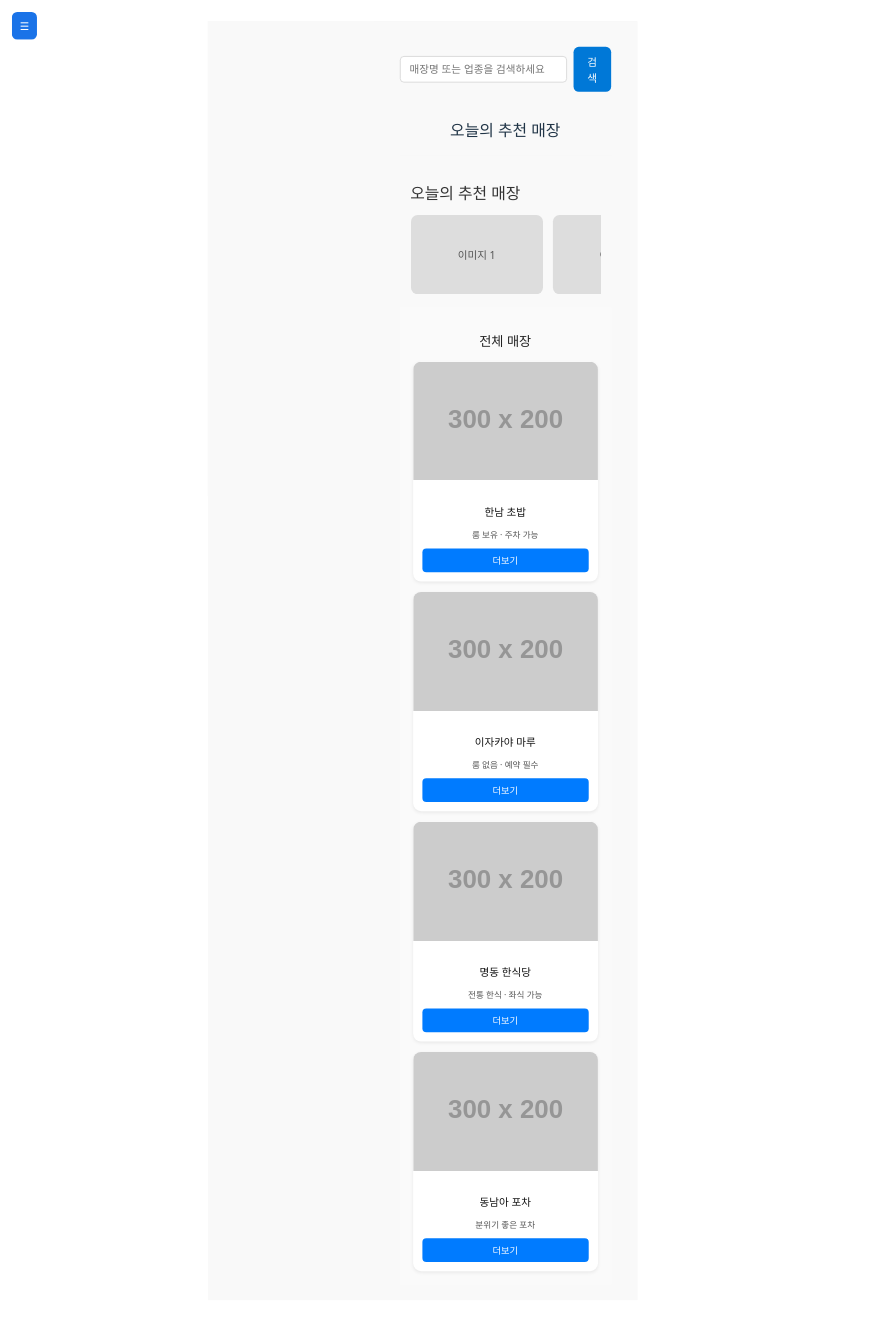
Repository: noiredex/Choplan-API
Page: / (app in choplan/frontend_main/)
An editor plug-in stored every save of this project. The page is shown before and after the next save, followed by the edit.
The browser window is 1280 px wide. The page is 1280 px wide, then 1344 px, so the pictures cover 1344 px, including what lies to the right of the window. The pictures show the whole page, at 66% of full size.
The project was rebuilt for these pictures with package versions that can differ from the ones it lists, and the page was loaded fresh each time. Also part of the build but not shown: choplan/frontend_main/vite.config.js, choplan/frontend_main/vite.config.ts, choplan/frontend_main/src/styles/StoreDetailPage.css, choplan/frontend_main/src/pages/StoreDetailPage.jsx.

Above is the page before, as saved 2025-10-22 14:14:21.

After the next save:
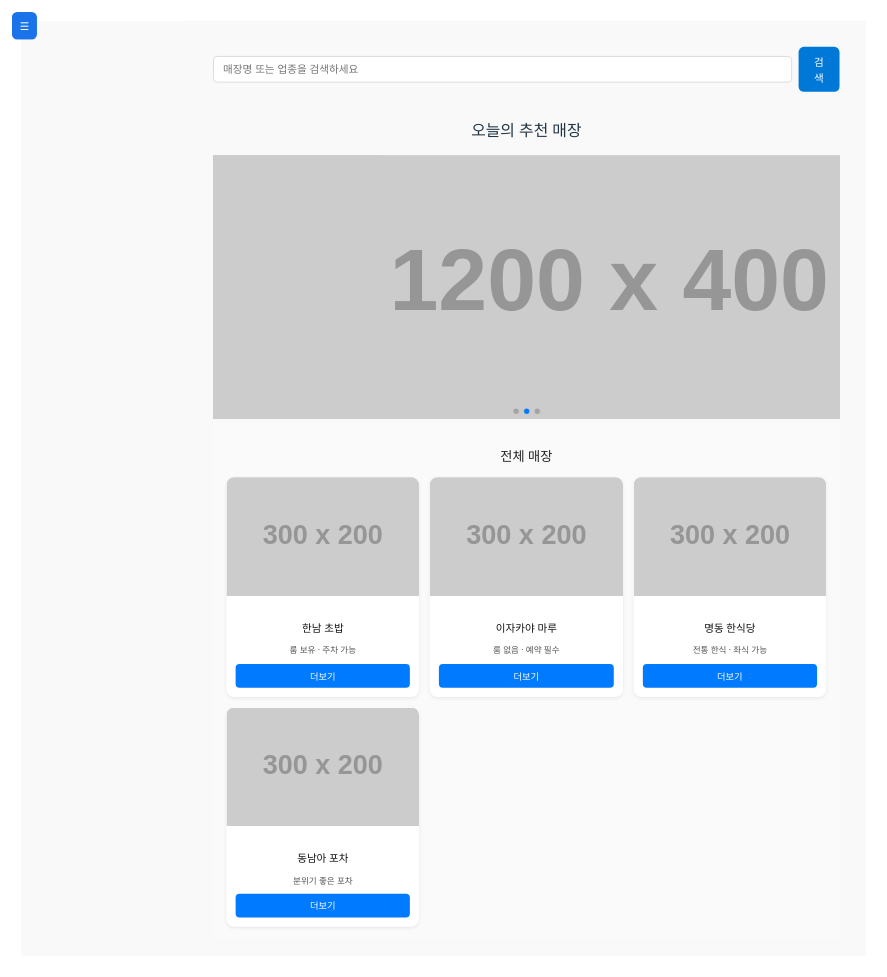
Saved 12 min 16 s later.
--- a/choplan/frontend_main/src/components/home/BannerSlider.jsx
+++ b/choplan/frontend_main/src/components/home/BannerSlider.jsx
@@ -1,18 +1,50 @@
 import React from "react";
-import "../../styles/BannerSlider.css"; // 스타일 파일 경로
+import { Swiper, SwiperSlide } from "swiper/react";
+import { Autoplay, Pagination } from "swiper/modules";
+import "swiper/css";
+import "swiper/css/pagination";
+import "../../styles/BannerSlider.css";
 
 export default function BannerSlider() {
+  const banners = [
+    {
+      id: 1,
+      img: "https://placehold.co/1200x400/007bff/ffffff?text=오늘의+추천매장+1",
+      alt: "추천 매장 1",
+    },
+    {
+      id: 2,
+      img: "https://placehold.co/1200x400/f07b00/ffffff?text=오늘의+추천매장+2",
+      alt: "추천 매장 2",
+    },
+    {
+      id: 3,
+      img: "https://placehold.co/1200x400/008c4a/ffffff?text=오늘의+추천매장+3",
+      alt: "추천 매장 3",
+    },
+  ];
+
   return (
-    <div className="banner-slider">
-      <div className="banner-content">
-        <h2 className="banner-title">오늘의 추천 매장</h2>
-        <div className="banner-slides">
-          {/* TODO: 슬라이더 라이브러리 연결 전 임시 영역 */}
-          <div className="slide-item">이미지 1</div>
-          <div className="slide-item">이미지 2</div>
-          <div className="slide-item">이미지 3</div>
-        </div>
-      </div>
+    <div className="banner-slider-container">
+      <Swiper
+        modules={[Autoplay, Pagination]}
+        pagination={{ clickable: true }}
+        autoplay={{ delay: 4000, disableOnInteraction: false }}
+        loop={true}
+        spaceBetween={0}
+        slidesPerView={1}
+        className="banner-swiper"
+      >
+        {banners.map((banner) => (
+          <SwiperSlide key={banner.id}>
+            <img
+              src={banner.img}
+              alt={banner.alt}
+              className="banner-image"
+            />
+          </SwiperSlide>
+        ))}
+      </Swiper>
     </div>
   );
 }
